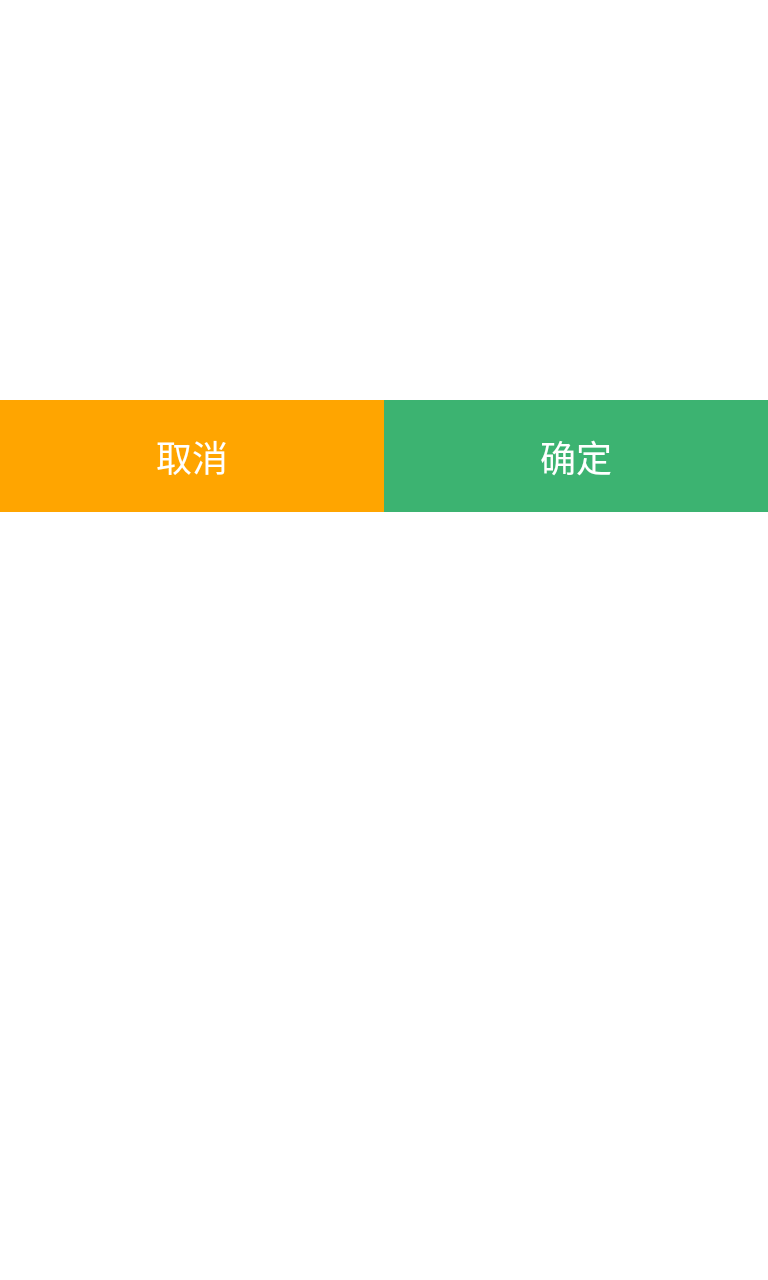
Repository: blanks1314/sysnc_android
Layout: UpayDemo/res/layout/dialog_error.xml
An editor plug-in stored every save of this project. The layout is shown before and after the next save, followed by the edit.
It is drawn on a 768 x 1280 px phone screen (xhdpi) without system bars, with theme AppTheme; the app's code is not run.

Above is the layout before, as saved 2015-05-04 07:07:01.

After the next save:
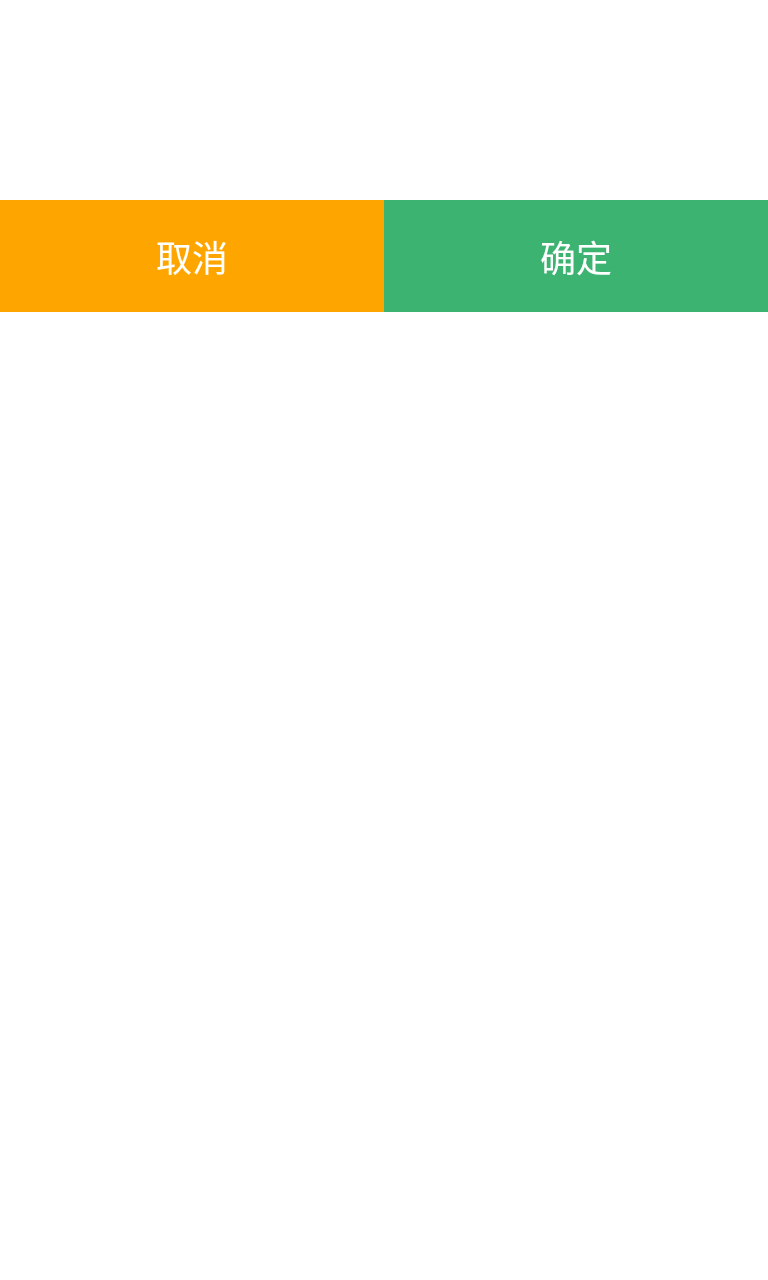
Saved 38 s later.
--- a/UpayDemo/res/layout/dialog_error.xml
+++ b/UpayDemo/res/layout/dialog_error.xml
@@ -7,7 +7,8 @@
     <TextView
         android:id="@+id/tvContent"
         android:layout_width="match_parent"
-        android:layout_height="200dp"
+        android:layout_height="wrap_content"
+        android:minHeight="100dp"
         android:gravity="center" />
 
     <LinearLayout
